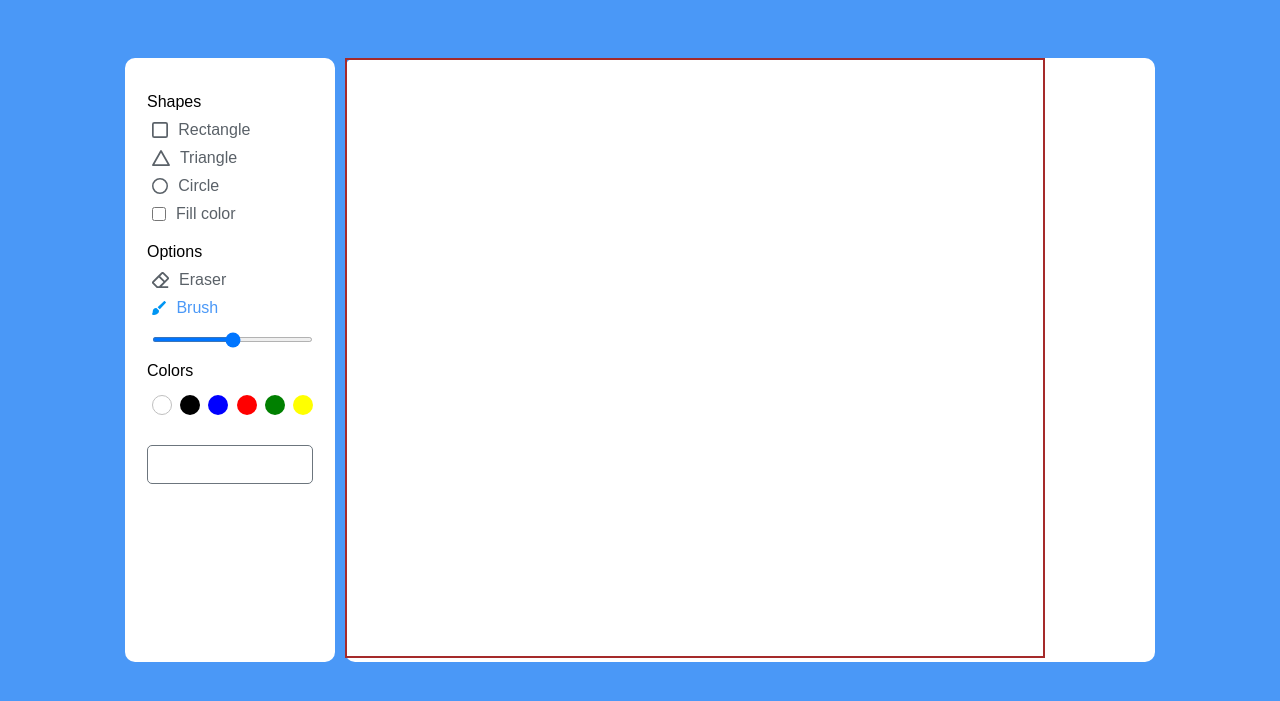
Repository: mdsajib50/Drawing-app
Page: index.html
An editor plug-in stored every save of this project. The page is shown before and after the next save, followed by the edit.
The browser window is 1280 px wide. The pictures show the whole page.
The pointer rests on the first visible `.clear-canvas`.

Above is the page before, as saved 2025-02-19 19:36:52.

After the next save:
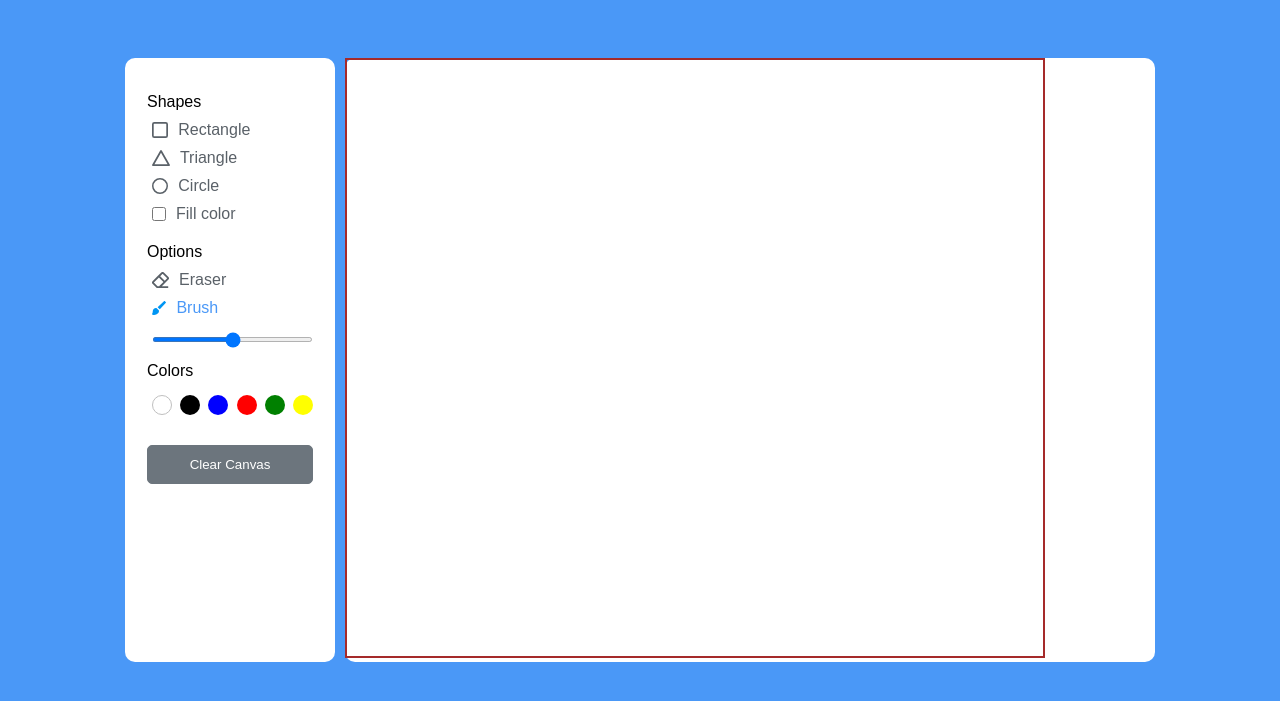
Saved 6 s later.
--- a/style.css
+++ b/style.css
@@ -146,7 +146,7 @@ section{
 
 .clear-canvas:hover{
     color: #fff;
-    background: ;
+    background: #6C757D;
 }
 
 .buttons .save-img{
